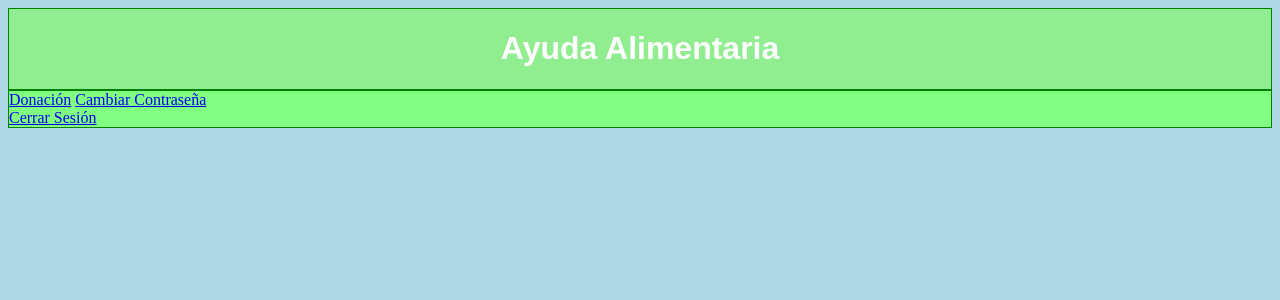
Repository: sonicspeed1/examen1_codigo_bryansantillan
Page: http://localhost/examen_1_bryan_santillan/donador.jsp
The author's editor kept a copy of each file at every save. The page is drawn from the files as they stood at one save, then again after the next save.
The browser window is 1280 px wide. The pictures show the whole page.
The page is served by Tomcat 9. Other server files are loaded and not shown.

Above is the page before, as saved 2024-05-27 02:21:50.

### examen_1_bryan_santillan/src/main/webapp/donador.jsp
<%@ page language="java" contentType="text/html; charset=UTF-8"
    pageEncoding="UTF-8"%>
<!DOCTYPE html>
<html>
<head>
<meta charset="UTF-8">
<title>Donador</title>
<link href="estilo.css" rel="stylesheet"/>
</head>
<body class="cuerpo">
<div class="cuadro">
<h1 class="titulo">Ayuda Alimentaria</h1>
</div>
<nav>
<ul class="menu">
<li class="item"><a href="donacion.jsp">Donación</a></li>
<li class="item"><a href="cambiar_contraseña.jsp">Cambiar Contraseña</a><li>
<li class="item"><a href="cerrar_sesion.jsp">Cerrar Sesión</a></li>
</ul>
</nav>
</body>
</html>

### examen_1_bryan_santillan/src/main/webapp/estilo.css
@charset "UTF-8";
.cuerpo{
	background-color: lightblue;
}
.cuadro{
	background-color:lightgreen;
	border: 1px solid green;
	display: block;

}
.cuadro2 {
    background-color: #b4aed0;
    border-radius: 5px;
    border: 1px solid purple;
    height: 400px;
    width: 400px;
}
.cuadro3{
	    background: linear-gradient(to right,red,pink);
	    text-align:center;
	    color: white;
	     border: 1px solid darkred;
}
.titulo{
	color: white;
	transition: color 0.3s, text-shadow 0.3s;
	font-family: 'Comic Sans MS', cursive, sans-serif;
	 text-align: center;
}

.titulo:hover {
    color: blue;
    text-shadow: 2px 2px 5px rgba(0, 0, 0, 0.5);
}
.menu{
	list-style-type: none;
    padding: 0;
    background-color: #80ff80;
    border: 1px solid green;
    margin: 0 auto;
    }
.item {
    display: inline-block;
    position: relative;
}
.container {
    display: flex;
    justify-content: center;
    align-items: center;
    margin-top: 20px;
}
.titulo2{
	color: white;
	transition: color 0.3s, text-shadow 0.3s;
	font-family: 'Comic Sans MS', cursive, sans-serif;
	 text-align: center;
}

.titulo2:hover {
    color: red;
    text-shadow: 2px 2px 5px rgba(0, 0, 0, 0.5);
}
.item_login{
	   display: flex;
    justify-content: center;
    align-items: center;
    margin-bottom: 20px;
}
.button{
	background-color: purple;
	border-radius: 5px;
	color: white;
	padding: 10px 20px;
	margin: 15px;
	font-family: 'Comic Sans MS', cursive, sans-serif;
}
.hiper{
	margin-right: 25px;
}

.item_reg{
	   display: flex;
	   margin-bottom:20px;
}

After the next save:
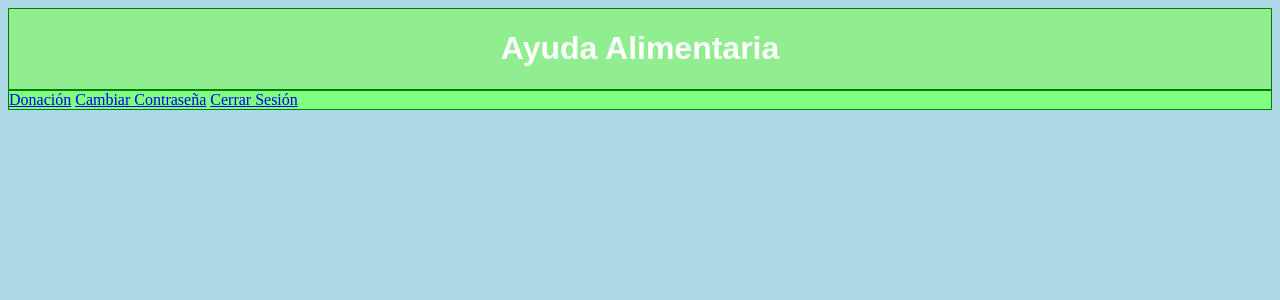
Saved 2 min 59 s later.
--- a/examen_1_bryan_santillan/src/main/webapp/donador.jsp
+++ b/examen_1_bryan_santillan/src/main/webapp/donador.jsp
@@ -14,7 +14,7 @@
 <nav>
 <ul class="menu">
 <li class="item"><a href="donacion.jsp">Donación</a></li>
-<li class="item"><a href="cambiar_contraseña.jsp">Cambiar Contraseña</a><li>
+<li class="item"><a href="cambiar_contraseña.jsp">Cambiar Contraseña</a></li>
 <li class="item"><a href="cerrar_sesion.jsp">Cerrar Sesión</a></li>
 </ul>
 </nav>
